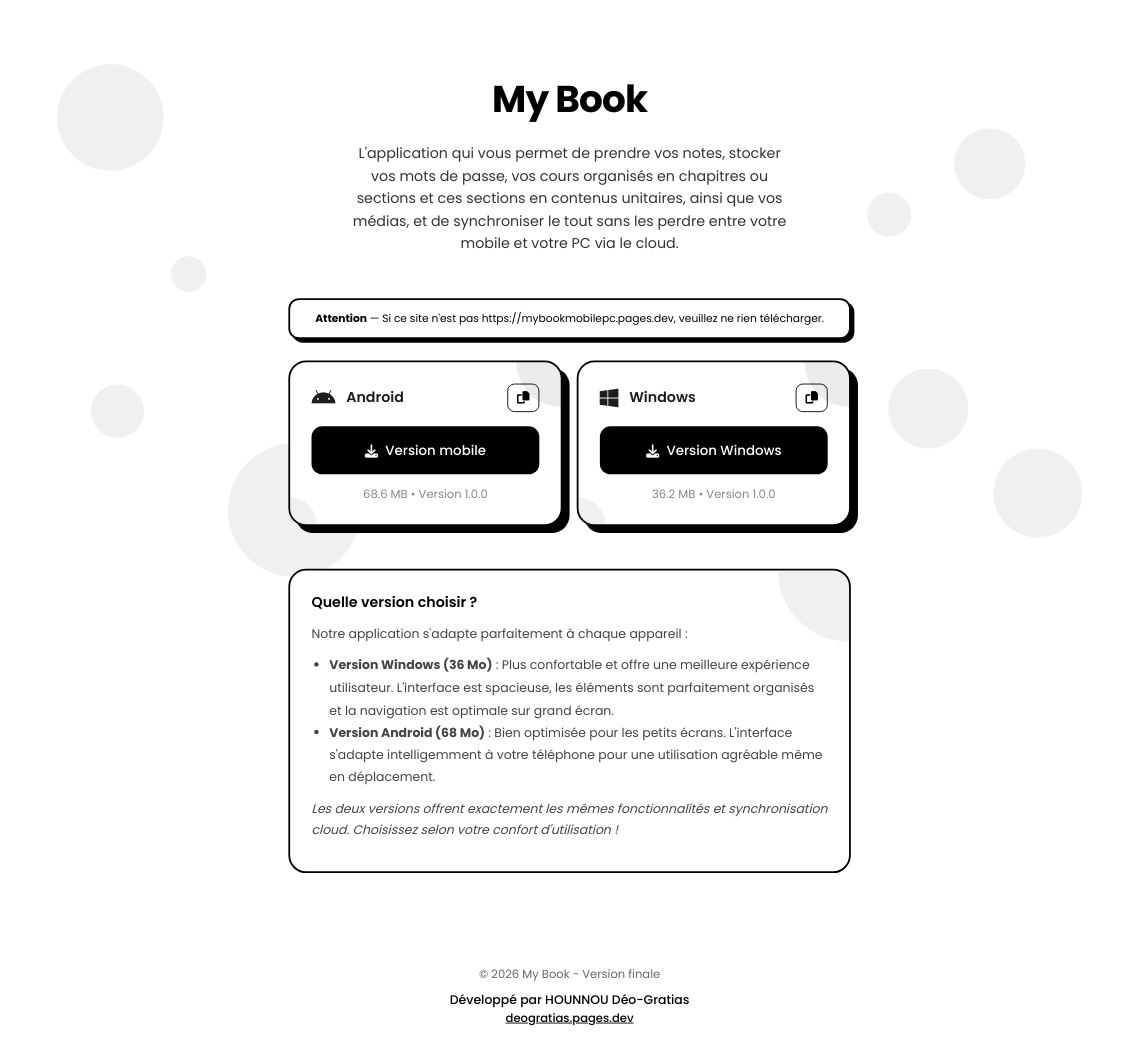
Repository: Deogratiasdev/app
Page: test.html
The author's editor kept a copy of each file at every save. The page is drawn from the files as they stood at one save, then again after the next save.
The browser window is 1280 px wide. The pictures show the whole page, at 89% of full size.

Above is the page before, as saved 2026-04-12 00:37:09.

### test.html
<!DOCTYPE html>
<html lang="fr">
<head>
    <meta charset="UTF-8">
    <meta name="viewport" content="width=device-width, initial-scale=1.0">
    <title>My Book - Téléchargement</title>
    <link rel="preconnect" href="https://fonts.googleapis.com">
    <link rel="preconnect" href="https://fonts.gstatic.com" crossorigin>
    <link href="https://fonts.googleapis.com/css2?family=Poppins:wght@300;400;500;600;700&display=swap" rel="stylesheet">
    <link rel="stylesheet" href="https://cdnjs.cloudflare.com/ajax/libs/font-awesome/6.4.0/css/all.min.css">
    <style>
        * {
            margin: 0;
            padding: 0;
            box-sizing: border-box;
        }
        body {
            font-family: 'Poppins', sans-serif;
            background: #ffffff;
            color: #000000;
            line-height: 1.5;
            min-height: 100vh;
            display: flex;
            flex-direction: column;
        }
        .container {
            max-width: 680px;
            margin: 0 auto;
            padding: 80px 24px;
            flex: 1;
        }
        .header {
            text-align: center;
            margin-bottom: 48px;
        }
        .warning-box {
            background: #ffffff;
            border: 2px solid #000000;
            border-radius: 12px;
            padding: 12px 16px;
            margin-bottom: 24px;
            font-size: 12px;
            color: #000000;
            text-align: center;
            line-height: 1.5;
            box-shadow: 4px 4px 0px #000000;
        }
        h1 {
            font-size: 42px;
            font-weight: 700;
            margin-bottom: 16px;
            letter-spacing: -1px;
            color: #000000;
        }
        .description {
            font-size: 16px;
            color: #333333;
            line-height: 1.6;
            max-width: 500px;
            margin: 0 auto;
        }
        .downloads {
            display: flex;
            flex-direction: column;
            gap: 16px;
            margin-bottom: 48px;
        }
        .download-card {
            background: #ffffff;
            border: 2px solid #000000;
            border-radius: 20px;
            padding: 24px;
            position: relative;
            overflow: hidden;
            transition: transform 0.3s ease;
            box-shadow: 8px 8px 0px #000000;
        }
        .download-card:hover {
            transform: translateY(-4px);
            box-shadow: 12px 12px 0px #000000;
        }
        .download-card::before {
            content: '';
            position: absolute;
            top: -50px;
            right: -50px;
            width: 100px;
            height: 100px;
            background: #000000;
            border-radius: 50%;
            opacity: 0.08;
        }
        .download-card::after {
            content: '';
            position: absolute;
            bottom: -30px;
            left: -30px;
            width: 60px;
            height: 60px;
            background: #000000;
            border-radius: 50%;
            opacity: 0.06;
        }
        .download-card-header {
            display: flex;
            align-items: center;
            justify-content: space-between;
            margin-bottom: 16px;
        }
        .title-row {
            display: flex;
            align-items: center;
        }
        .title-row i {
            font-size: 24px;
            margin-right: 12px;
            color: #1d1d1f;
        }
        .title-row h2 {
            font-size: 16px;
            font-weight: 600;
            color: #1d1d1f;
        }
        .copy-btn-header {
            background: transparent;
            border: 1.5px solid #000000;
            border-radius: 8px;
            padding: 8px 10px;
            cursor: pointer;
            font-size: 14px;
            color: #000000;
            transition: all 0.2s ease;
            display: flex;
            align-items: center;
            justify-content: center;
        }
        .copy-btn-header:hover {
            background: #000000;
            color: #ffffff;
        }
        .copy-btn-header.copied {
            background: #000000;
            color: #ffffff;
        }
        .download-btn {
            display: flex;
            align-items: center;
            justify-content: center;
            width: 100%;
            padding: 16px 24px;
            background: #000000;
            color: #ffffff;
            text-decoration: none;
            font-size: 15px;
            font-weight: 500;
            border: none;
            border-radius: 12px;
            transition: background 0.2s ease;
        }
        .download-btn:hover {
            background: #333333;
        }
        .download-btn i {
            margin-right: 8px;
        }
        .download-info {
            font-size: 13px;
            color: #86868b;
            margin-top: 12px;
            text-align: center;
        }
        .info-section {
            background: #ffffff;
            border: 2px solid #000000;
            border-radius: 20px;
            padding: 24px;
            position: relative;
            overflow: hidden;
        }
        .info-section::before {
            content: '';
            position: absolute;
            top: -80px;
            right: -80px;
            width: 160px;
            height: 160px;
            background: #000000;
            border-radius: 50%;
            opacity: 0.06;
        }
        .info-section h3 {
            font-size: 16px;
            font-weight: 600;
            color: #000000;
            margin-bottom: 12px;
        }
        .info-section p {
            font-size: 14px;
            color: #444444;
            line-height: 1.6;
            margin-bottom: 12px;
        }
        .info-section ul {
            font-size: 14px;
            color: #444444;
            line-height: 1.8;
            margin-left: 20px;
        }
        .footer {
            text-align: center;
            padding: 24px;
            font-size: 13px;
            color: #666666;
        }
        .footer a {
            color: #000000;
            text-decoration: underline;
            font-weight: 500;
            transition: color 0.2s ease;
        }
        .footer a:hover {
            color: #333333;
        }
        .author {
            margin-top: 8px;
            font-size: 14px;
            font-weight: 500;
            color: #000000;
        }

        /* Bulles figées en background */
        .bg-bubbles {
            position: fixed;
            top: 0;
            left: 0;
            width: 100%;
            height: 100%;
            pointer-events: none;
            z-index: -1;
            overflow: hidden;
        }
        .bg-bubbles .bubble {
            position: absolute;
            background: #000000;
            border-radius: 50%;
            opacity: 0.06;
        }
        .bg-bubbles .bubble:nth-child(1) { width: 120px; height: 120px; top: 10%; left: 5%; }
        .bg-bubbles .bubble:nth-child(2) { width: 80px; height: 80px; top: 20%; right: 10%; }
        .bg-bubbles .bubble:nth-child(3) { width: 60px; height: 60px; top: 60%; left: 8%; }
        .bg-bubbles .bubble:nth-child(4) { width: 100px; height: 100px; top: 70%; right: 5%; }
        .bg-bubbles .bubble:nth-child(5) { width: 40px; height: 40px; top: 40%; left: 15%; }
        .bg-bubbles .bubble:nth-child(6) { width: 150px; height: 150px; bottom: 10%; left: 20%; }
        .bg-bubbles .bubble:nth-child(7) { width: 50px; height: 50px; top: 30%; right: 20%; }
        .bg-bubbles .bubble:nth-child(8) { width: 90px; height: 90px; bottom: 30%; right: 15%; }
        @media (min-width: 768px) {
            .downloads {
                flex-direction: row;
            }
            .download-card {
                flex: 1;
            }
        }
    </style>
</head>
<body>
    <div class="bg-bubbles">
        <div class="bubble"></div>
        <div class="bubble"></div>
        <div class="bubble"></div>
        <div class="bubble"></div>
        <div class="bubble"></div>
        <div class="bubble"></div>
        <div class="bubble"></div>
        <div class="bubble"></div>
    </div>
    <div class="container">
        <div class="header">
            <h1>My Book</h1>
            <p class="description">L'application qui vous permet de prendre vos notes, stocker vos mots de passe, vos cours organisés en chapitres ou sections et ces sections en contenus unitaires, ainsi que vos médias, et de synchroniser le tout sans les perdre entre votre mobile et votre PC via le cloud.</p>
        </div>

        <div class="warning-box">
            <strong>Attention</strong> — Si ce site n'est pas https://mybookmobilepc.pages.dev, veuillez ne rien télécharger.
        </div>

        <div class="downloads">
            <div class="download-card">
                <div class="download-card-header">
                    <div class="title-row">
                        <i class="fab fa-android"></i>
                        <h2>Android</h2>
                    </div>
                    <button class="copy-btn-header" onclick="copyUrl('https://github.com/Deogratiasdev/app/raw/main/releases/MyBook.apk')" title="Copier le lien"><i class="fas fa-copy"></i></button>
                </div>
                <a href="https://github.com/Deogratiasdev/app/raw/main/releases/MyBook.apk" download class="download-btn"><i class="fas fa-download"></i> Version mobile</a>
                <p class="download-info">68.6 MB • Version 1.0.0</p>
            </div>

            <div class="download-card">
                <div class="download-card-header">
                    <div class="title-row">
                        <i class="fab fa-windows"></i>
                        <h2>Windows</h2>
                    </div>
                    <button class="copy-btn-header" onclick="copyUrl('https://github.com/Deogratiasdev/app/raw/main/releases/MyBook_Setup.exe')" title="Copier le lien"><i class="fas fa-copy"></i></button>
                </div>
                <a href="https://github.com/Deogratiasdev/app/raw/main/releases/MyBook_Setup.exe" download class="download-btn"><i class="fas fa-download"></i> Version Windows</a>
                <p class="download-info">36.2 MB • Version 1.0.0</p>
            </div>
        </div>

        <div class="info-section">
            <h3>Quelle version choisir ?</h3>
            <p>Notre application s'adapte parfaitement à chaque appareil :</p>
            <ul>
                <li><strong>Version Windows (36 Mo)</strong> : Plus confortable et offre une meilleure expérience utilisateur. L'interface est spacieuse, les éléments sont parfaitement organisés et la navigation est optimale sur grand écran.</li>
                <li><strong>Version Android (68 Mo)</strong> : Bien optimisée pour les petits écrans. L'interface s'adapte intelligemment à votre téléphone pour une utilisation agréable même en déplacement.</li>
            </ul>
            <p style="margin-top: 12px; font-style: italic;">Les deux versions offrent exactement les mêmes fonctionnalités et synchronisation cloud. Choisissez selon votre confort d'utilisation !</p>
        </div>
    </div>

    <div class="footer">
        © 2026 My Book - Version finale<br>
        <div class="author">Développé par HOUNNOU Déo-Gratias</div>
        <a href="https://deogratias.pages.dev" target="_blank">deogratias.pages.dev</a>
    </div>

    <script>
        function copyUrl(url) {
            navigator.clipboard.writeText(url).then(function() {
                const buttons = document.querySelectorAll('.copy-btn-header');
                buttons.forEach(btn => {
                    if (btn.getAttribute('onclick').includes(url)) {
                        btn.classList.add('copied');
                        btn.innerHTML = '<i class="fas fa-check"></i>';
                        setTimeout(() => {
                            btn.classList.remove('copied');
                            btn.innerHTML = '<i class="fas fa-copy"></i>';
                        }, 2000);
                    }
                });
            });
        }
    </script>
</body>
</html>

After the next save:
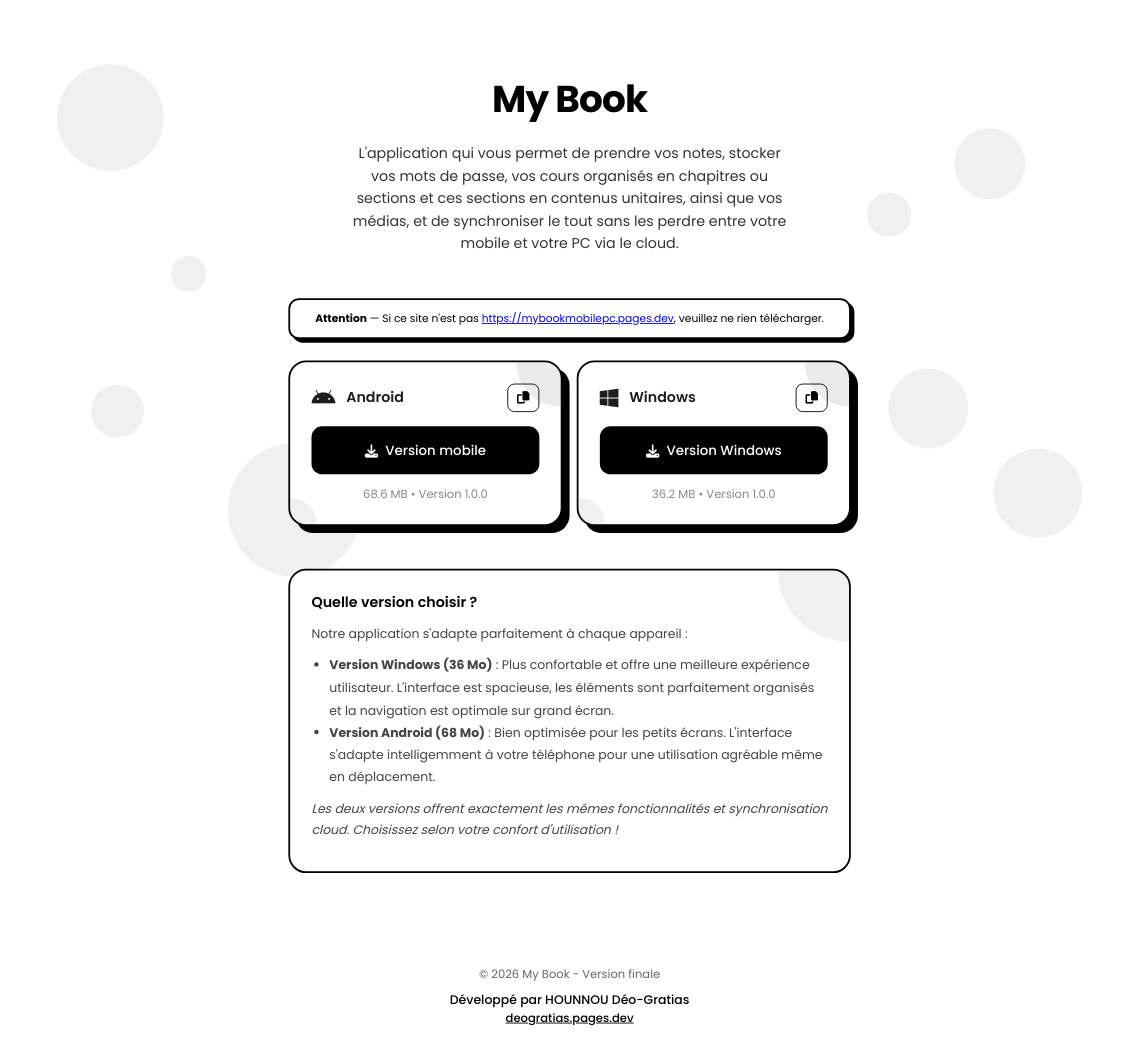
Saved 1 s later.
--- a/test.html
+++ b/test.html
@@ -281,7 +281,7 @@
         </div>
 
         <div class="warning-box">
-            <strong>Attention</strong> — Si ce site n'est pas https://mybookmobilepc.pages.dev, veuillez ne rien télécharger.
+            <strong>Attention</strong> — Si ce site n'est pas <a href="https://mybookmobilepc.pages.dev" class="warning-link">https://mybookmobilepc.pages.dev</a>, veuillez ne rien télécharger.
         </div>
 
         <div class="downloads">
